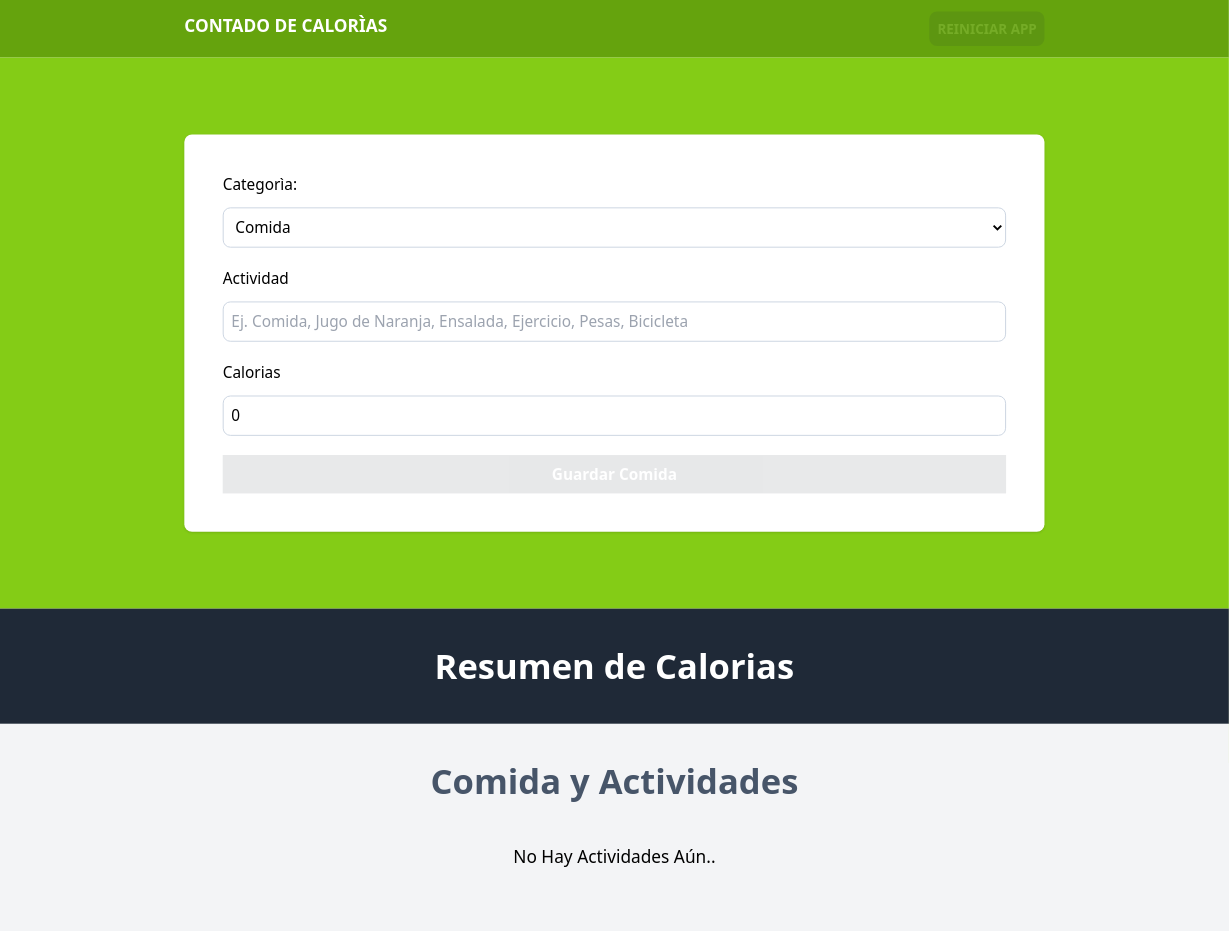
Repository: Matiiu/calorie-tracker
Page: /
An editor plug-in stored every save of this project. The page is shown before and after the next save, followed by the edit.
The browser window is 1280 px wide. The pictures show the whole page, at 96% of full size.
The project was rebuilt for these pictures with package versions that can differ from the ones it lists, and the page was loaded fresh each time. Also part of the build but not shown: vite.config.ts.

Above is the page before, as saved 2024-04-01 22:30:08.

After the next save:
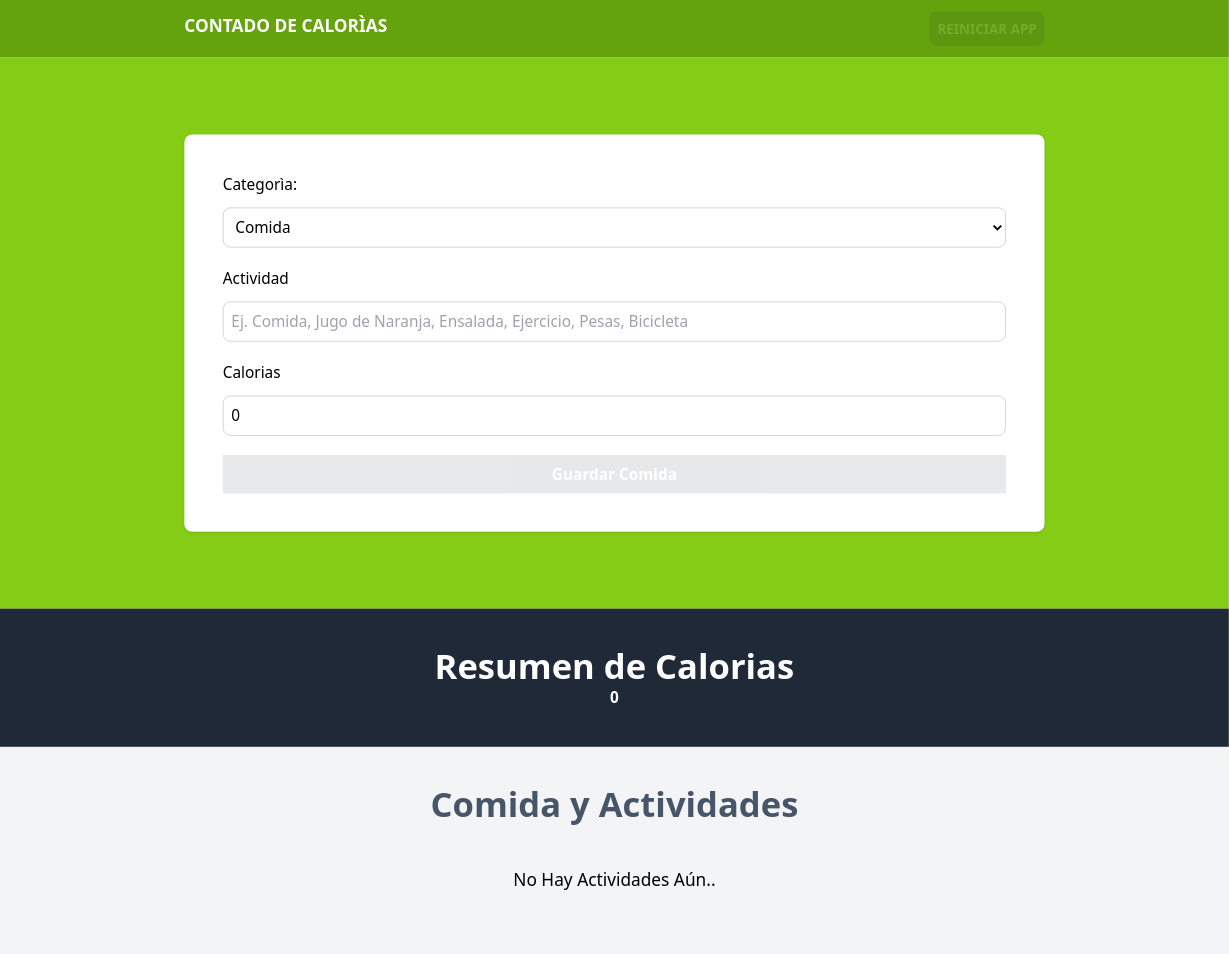
Saved 2 min 28 s later.
--- a/src/components/CaloriesTracker.tsx
+++ b/src/components/CaloriesTracker.tsx
@@ -33,6 +33,10 @@ export default function CaloriesTracker({ activities }: CaloriesTrackerProps) {
       <h2 className="text-4xl font-black text-white text-center">
         Resumen de Calorias
       </h2>
+
+      <p className="text-white font-bold rounded-full grid grid-cols-1 gap-3 text-center">
+        {caloriesBurned}
+      </p>
     </>
   );
 }
